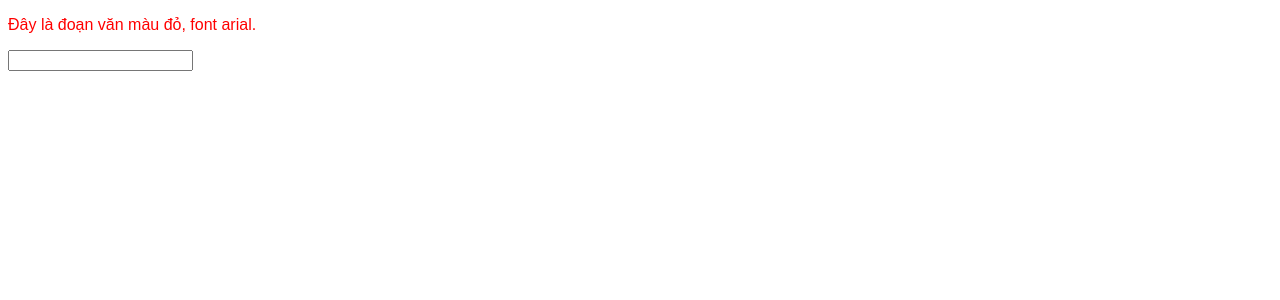
Repository: PhiKhongHoang/JSP-Servlet
Page: Bai3_CSS/src/main/webapp/vidu.html
The author's editor kept a copy of each file at every save. The page is drawn from the files as they stood at one save, then again after the next save.
The browser window is 1280 px wide. The pictures show the whole page.

Above is the page before, as saved 2024-02-16 12:13:39.

### Bai3_CSS/src/main/webapp/vidu.html
<!DOCTYPE html>
<html>
<head>
<meta charset="UTF-8">
<title>Insert title here</title>
</head>
<body>
	<p style="color: red; font-size: 10; font-family: arial;">
		Đây là đoạn văn màu đỏ, font arial.
	</p>

	<input type="text" background-color="red">
</body>
</html>

After the next save:
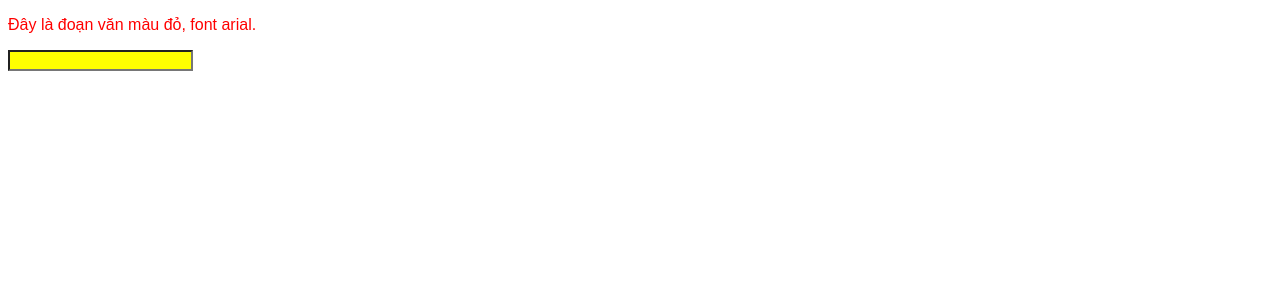
Saved 30 s later.
--- a/Bai3_CSS/src/main/webapp/vidu.html
+++ b/Bai3_CSS/src/main/webapp/vidu.html
@@ -9,6 +9,6 @@
 		Đây là đoạn văn màu đỏ, font arial.
 	</p>
 
-	<input type="text" background-color="red">
+	<input type="text" style="background-color: yellow">
 </body>
 </html>
